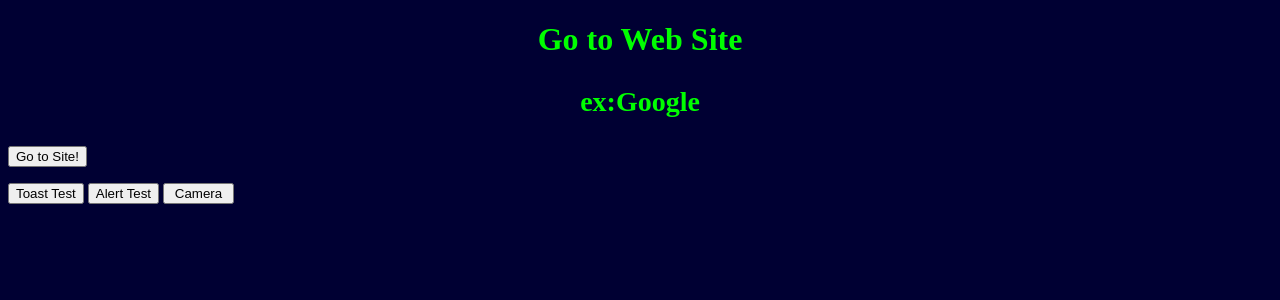
Repository: kenshiryu7/mdv-projects
Page: MDF3/project_4/Project4/assets/index.html
These files come from the project's save history. The page is drawn as it stood at one moment and after the next save; the edit follows.
The browser window is 1280 px wide. The pictures show the whole page.

Above is the page before, as saved 2013-02-28 19:04:43.

### MDF3/project_4/Project4/assets/index.html
<!DOCTYPE html>
<html>
	<head>
	<meta http-equiv="Content-Type" content="text/html; charset=UTF-8">

	<title>The HTML Stuff</title>
	</head>


	<body>
	<h1>Go to Web Site</h1>
	<p id="mytext">ex:Google</p>



	<input type="button" value="Go to Site!" onclick="openWeb()"/>

	<p>
	<input type="button" value="Toast Test" onclick="showAndroidToast('I just wanted to tell the world that....I Like it Toasty!!!')"/>

	<input type="button" value="Alert Test" onclick="doAlert()"/>

	<input type="button" value=" Camera " onclick="openCamera()"/>
	</p>
	</body>



		<script type="text/javascript">

			function openWeb() {
				//document.getElementById("mytext").innerHTML = actualData;
				Android.openWebSite();
			};

			function showAndroidToast(toast) {
			//document.getElementById("mytext").innerHTML = "toast";
				Android.showToast(toast);

			};

			function doAlert(){
				Android.startAlert();
			};

			function openCamera(){
				Android.openTheCamera();
			};


			function callFromActivity(message) {
				document.getElementById("mytext").innerHTML = message;
			};



		</script>
		<style type ="text/css">
			body{
				color:#00FF00;
				font-weight:bold;
				background-color:#000033}

			h1{
				text-align:center}

			#mytext{
				text-align:center;
				font-size:175%}

		</style>
</html>

After the next save:
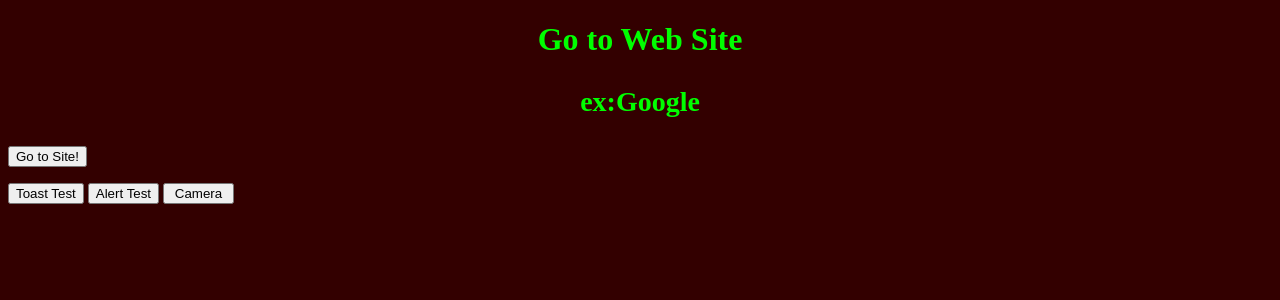
Saved 60 s later.
--- a/MDF3/project_4/Project4/assets/index.html
+++ b/MDF3/project_4/Project4/assets/index.html
@@ -59,7 +59,7 @@
 			body{
 				color:#00FF00;
 				font-weight:bold;
-				background-color:#000033}
+				background-color:#330000}
 
 			h1{
 				text-align:center}
